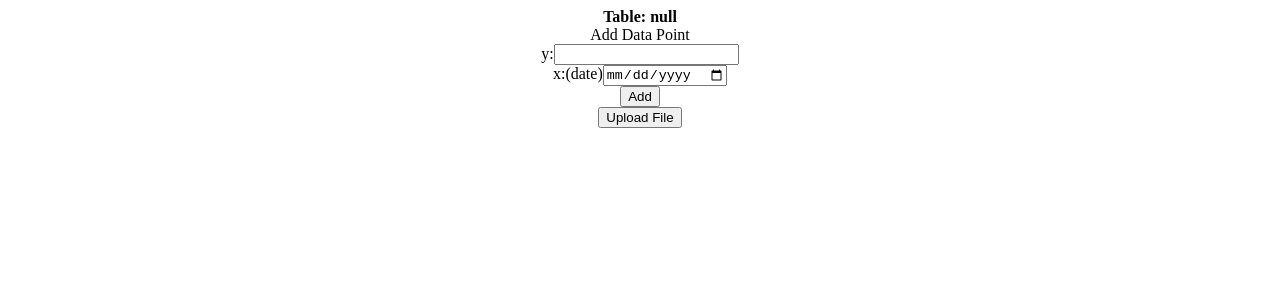
Repository: kemiporto/cmpe272-group12
Page: http://localhost/ESPAWSProject/addNewDataPage.jsp
An editor plug-in stored every save of this project. The page is shown before and after the next save, followed by the edit.
The browser window is 1280 px wide. The pictures show the whole page.
The page is served by Tomcat 9.

Above is the page before, as saved 2014-04-19 21:27:58.

After the next save:
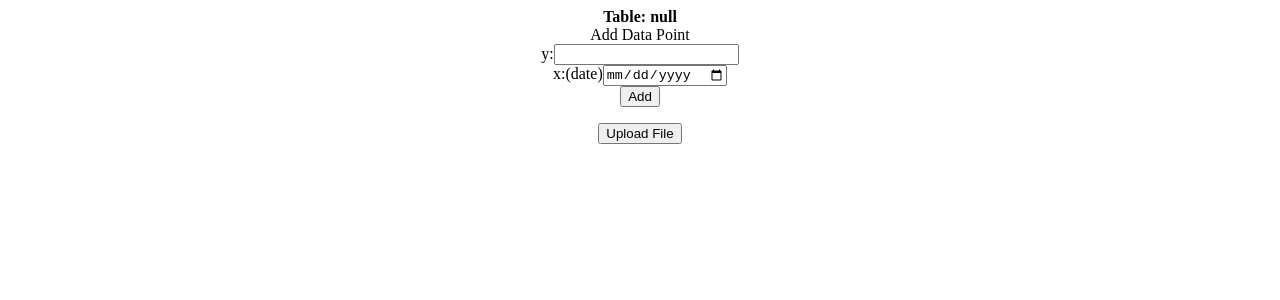
Saved 38 s later.
--- a/AWS/ESPAWSProject/WebContent/addNewDataPage.jsp
+++ b/AWS/ESPAWSProject/WebContent/addNewDataPage.jsp
@@ -6,13 +6,15 @@
 <body>
 	<% String tableSelected = request.getParameter("selectTable"); %>
 	<div>
+		<form>
 		<div style="font-weight:bold;text-align:center">Table: <%= tableSelected %></div>
 		<div style="text-align:center">Add Data Point</div>
 
-		<div style="text-align:center">y:<input type="text"></div>
+		<div style="text-align:center">y:<input type="text" name="yValue"></div>
 		<div style="text-align:center">x:(date)<input type="date" ></div>
 
 		<div style="text-align:center"><input type="button" value="Add"/></div>
+		</form>
 		<div style="text-align:center"><input type="button" value="Upload File"/></div>
 
 
